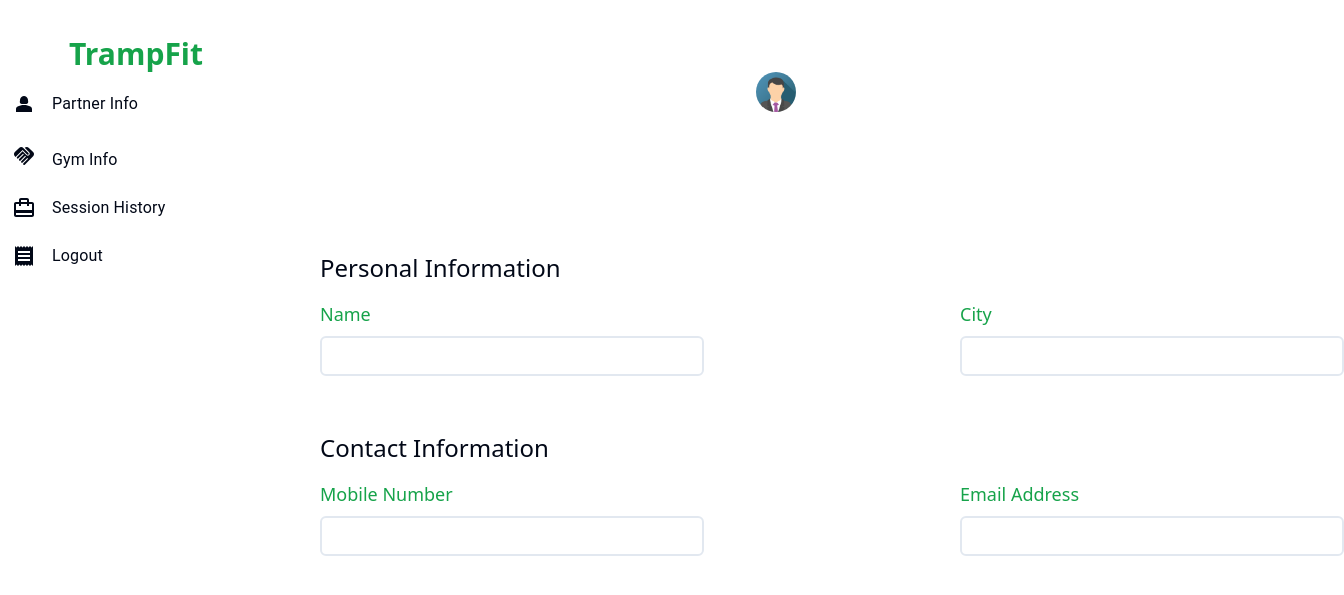
Repository: ezioxatul/TrampFit-Website
Page: /partner/partnerDashboard/partnerInfo (app in Frontend/)
These files come from the project's save history. The page is drawn as it stood at one moment and after the next save; the edit follows.
The browser window is 1280 px wide. The page is 1344 px wide, so the pictures cover 1344 px, including what lies to the right of the window. The pictures show the whole page.
The project was rebuilt for these pictures with package versions that can differ from the ones it lists, and the page was loaded fresh each time. The framework's server and built-in components were replaced by stand-ins that run in the browser. Also part of the build but not shown: Frontend/next.config.js, Frontend/next.config.mjs, Frontend/components/Loader.js, Frontend/components/Popup.js.

Above is the page before, as saved 2024-05-16 17:53:00.

After the next save:
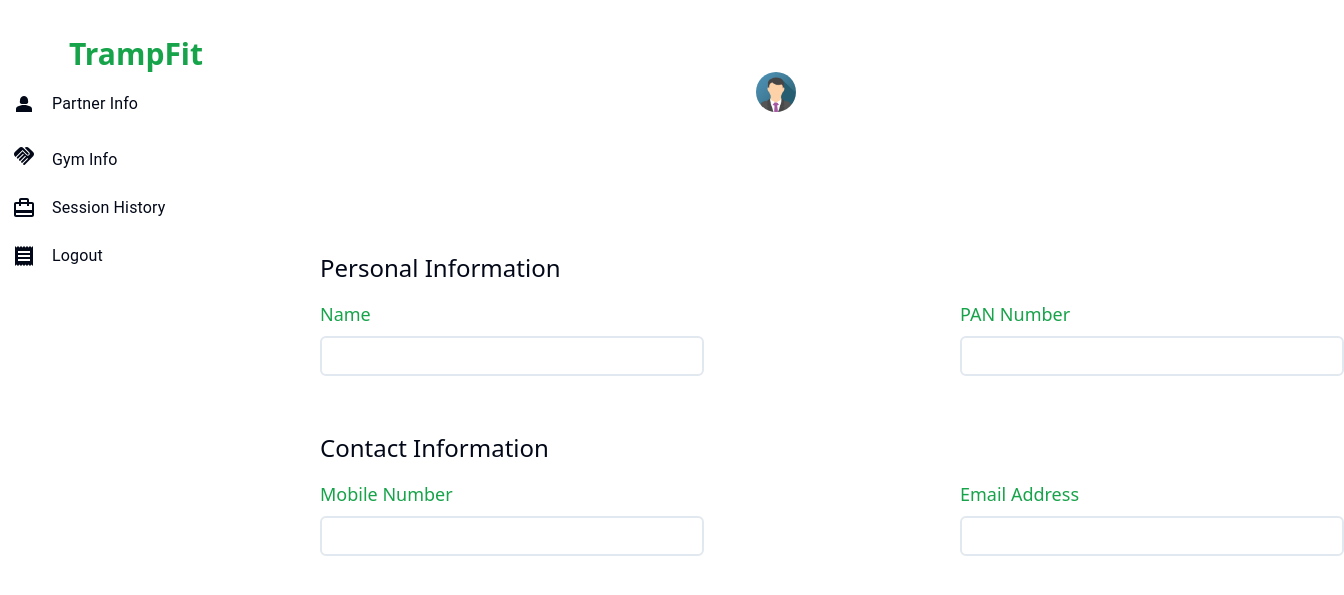
Saved 89 s later.
--- a/Frontend/pages/partner/partnerDashboard/partnerInfo.js
+++ b/Frontend/pages/partner/partnerDashboard/partnerInfo.js
@@ -29,7 +29,7 @@ export default function partnerInfo() {
                         </div>
                         <div className="ml-32 space-y-2">
                             <Label htmlFor="city" className={labelClassName}>
-                                City
+                                PAN Number
                             </Label>
                             <Input type="text" className={inputClassName} />
                         </div>
